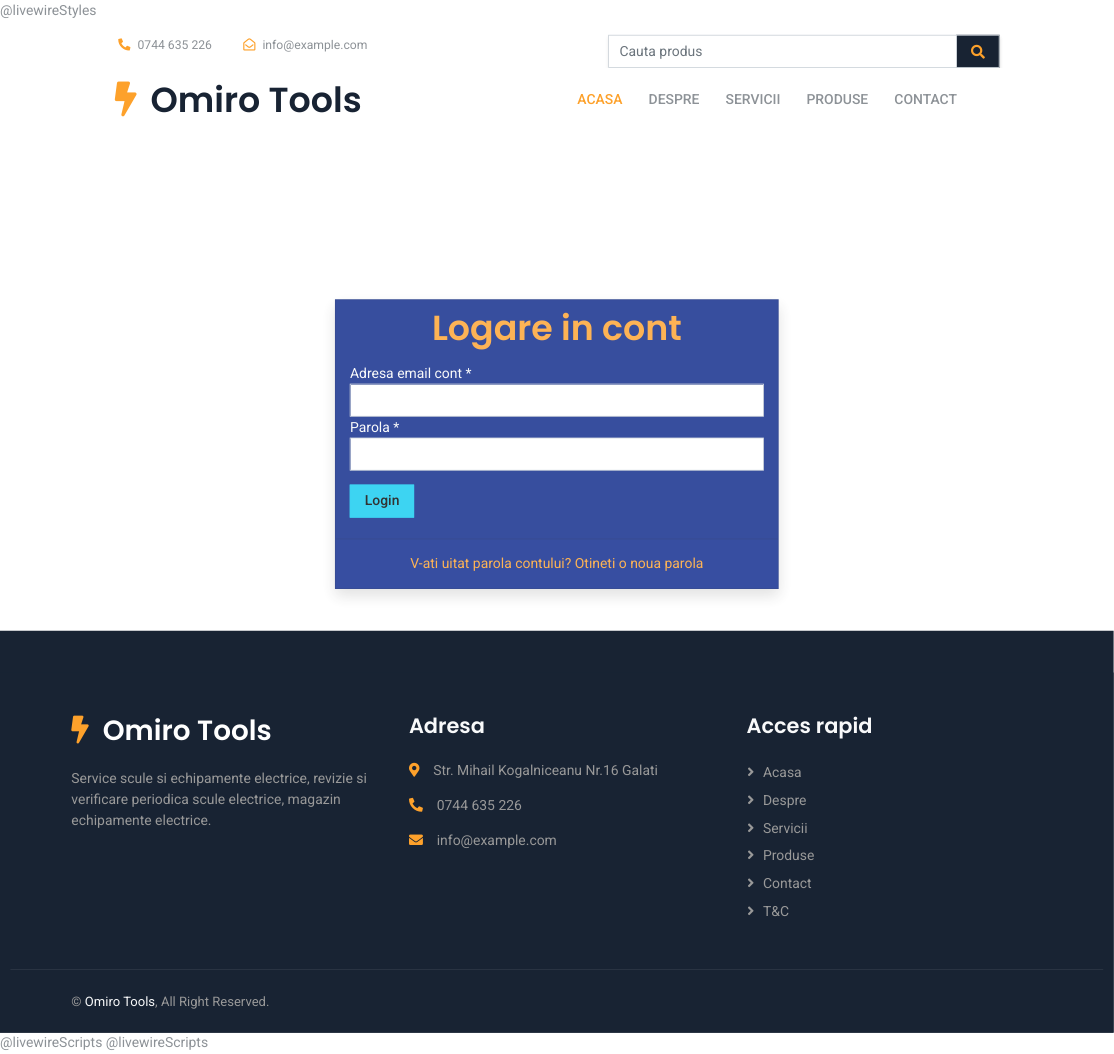
Repository: sorina0109/laravel_test
Page: http://localhost/login
An editor plug-in stored every save of this project. The page is shown before and after the next save, followed by the edit.
The browser window is 1280 px wide. The pictures show the whole page, at 87% of full size.
Some web libraries are served in a nearby version. The page is served by the project's Laravel application, run on PHP 8.4 with Laravel 10.

Above is the page before, as saved 2023-08-15 15:41:23.

After the next save:
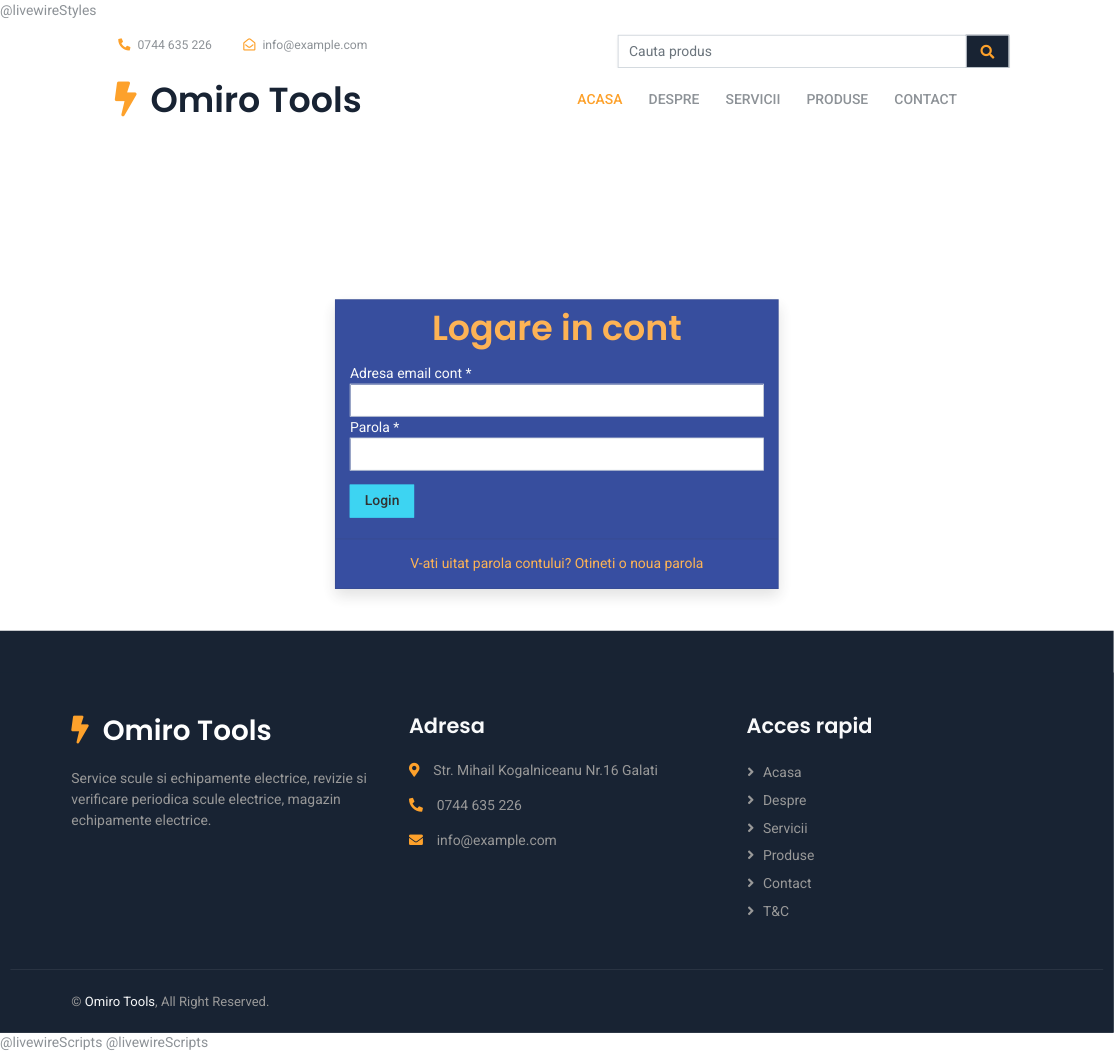
Saved 20 s later.
--- a/resources/views/front/partials/topbar.blade.php
+++ b/resources/views/front/partials/topbar.blade.php
@@ -15,8 +15,8 @@
                 <small>Luni - Vineri : 08.30 - 17.30</small>
             </div>
         </div>
-        <div class="col-lg-6 d-none d-lg-block text-center  px-5 pt-3" >
-            <form class="pl-5" style="display: inline-block;" action="{{ route('search') }}" method="GET" id="search-bar">
+        <div class="col-lg-6 d-none d-lg-block text-end  px-5 pt-3" >
+            <form class="pr-5" style="display: inline-block;" action="{{ route('search') }}" method="GET" id="search-bar">
                 <div class="input-group shadow-sm " style="width: 450px;">
                     <input name="search_product" type="text" class="form-control " placeholder="Cauta produs" >
                     <div class="input-group-append" onclick="document.getElementById('search-bar').submit()"

After the 2 saves that followed:
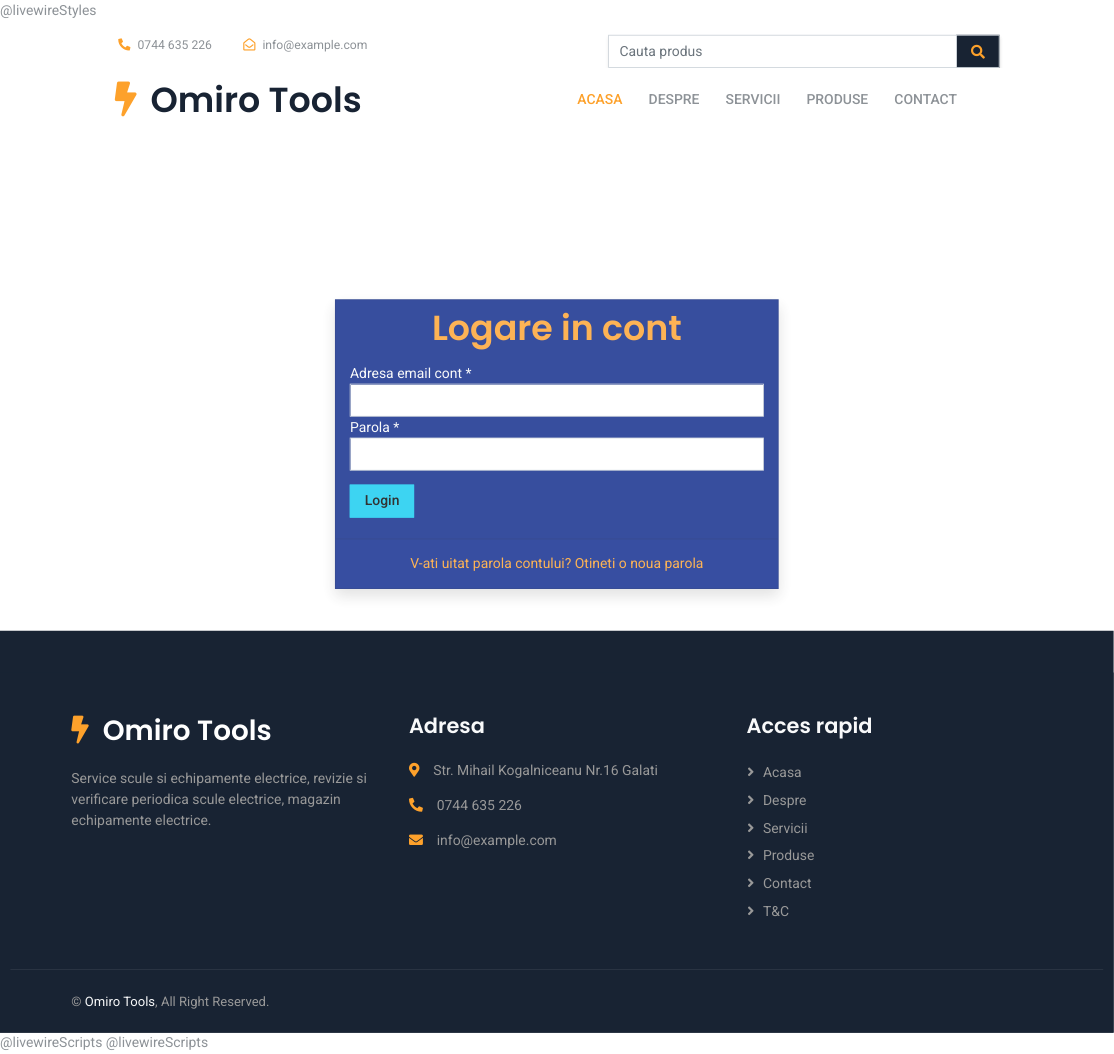
The 2 saves are shown as one change because 1 left the picture as it was.
The last was saved 45 s later.
--- a/resources/views/front/partials/topbar.blade.php
+++ b/resources/views/front/partials/topbar.blade.php
@@ -15,9 +15,9 @@
                 <small>Luni - Vineri : 08.30 - 17.30</small>
             </div>
         </div>
-        <div class="col-lg-6 d-none d-lg-block text-end  px-5 pt-3" >
-            <form class="pr-5" style="display: inline-block;" action="{{ route('search') }}" method="GET" id="search-bar">
-                <div class="input-group shadow-sm " style="width: 450px;">
+        <div class="col-lg-6 d-none d-lg-block text-center px-5 pt-3" >
+            <form style="display: inline-block;" action="{{ route('search') }}" method="GET" id="search-bar">
+                <div class="input-group shadow-sm" style="width: 450px;">
                     <input name="search_product" type="text" class="form-control " placeholder="Cauta produs" >
                     <div class="input-group-append" onclick="document.getElementById('search-bar').submit()"
                             style="cursor:pointer;">
